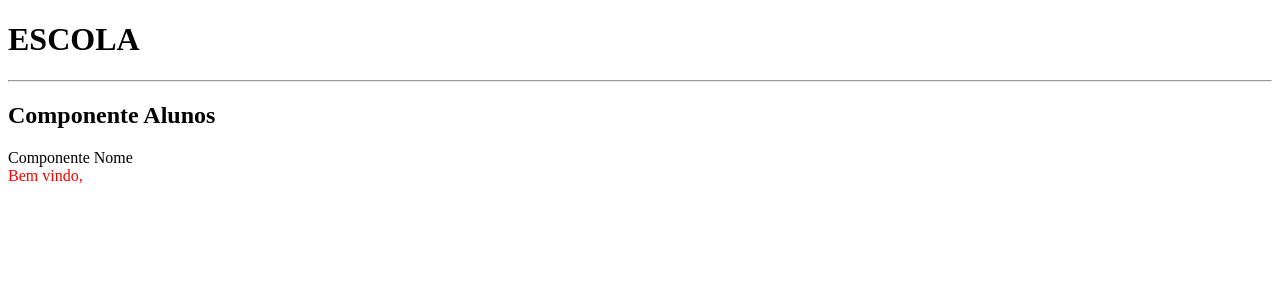
Repository: joaoaspimienta/estudos-de-context-api
Page: /
An editor plug-in stored every save of this project. The page is shown before and after a run of saves, followed by the edit.
The browser window is 1280 px wide. The pictures show the whole page.
The project was rebuilt for these pictures with package versions that can differ from the ones it lists, and the page was loaded fresh each time.

Above is the page before, as saved 2022-06-16 20:43:51.

### src/App.js
import { useState } from "react";
import Alunos from "./components/Alunos";

function App() {
  const [aluno, setAluno] = useState("Justin");

  return (
    <div>
      <h1>ESCOLA</h1>
      <hr />
      <Alunos aluno={aluno} />
    </div>
  );
}

export default App;

### src/components/Alunos/index.js
import { useState } from "react";
import Nome from "../Nome";

function Alunos() {
  return (
    <div>
      <h2>Componente Alunos</h2>
      <Nome />
    </div>
  );
}

export default Alunos;

### src/components/Nome/index.js
function Nome() {
  return (
    <div>
      <span>Componente Nome</span> <br />
      <span style={{ color: "#FF0000" }}>Bem vindo,{/*  {aluno} */}</span>
    </div>
  );
}

export default Nome;

Loaded but not shown: public/index.html (common file); src/index.js (common file)

After the next 3 saves:
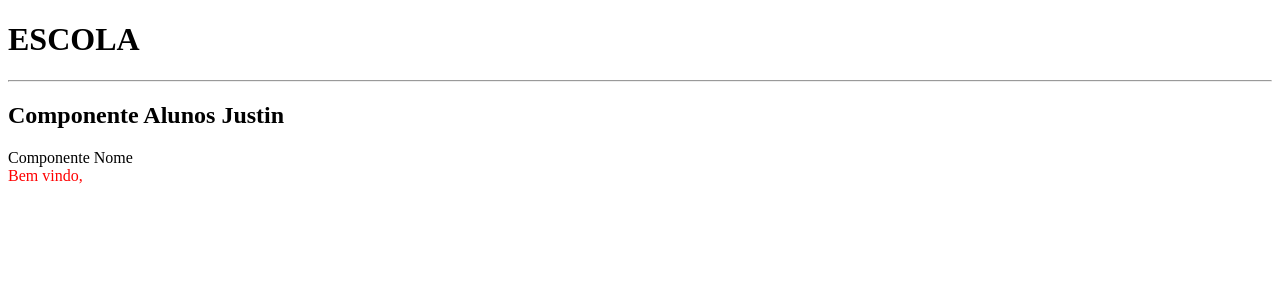
The 3 saves are shown as one change because 2 did not build or start.
The last was saved 26 s later.
--- a/src/components/Alunos/index.js
+++ b/src/components/Alunos/index.js
@@ -1,10 +1,10 @@
 import { useState } from "react";
 import Nome from "../Nome";
 
-function Alunos() {
+function Alunos(props) {
   return (
     <div>
-      <h2>Componente Alunos</h2>
+      <h2>Componente Alunos {props.aluno}</h2>
       <Nome />
     </div>
   );
